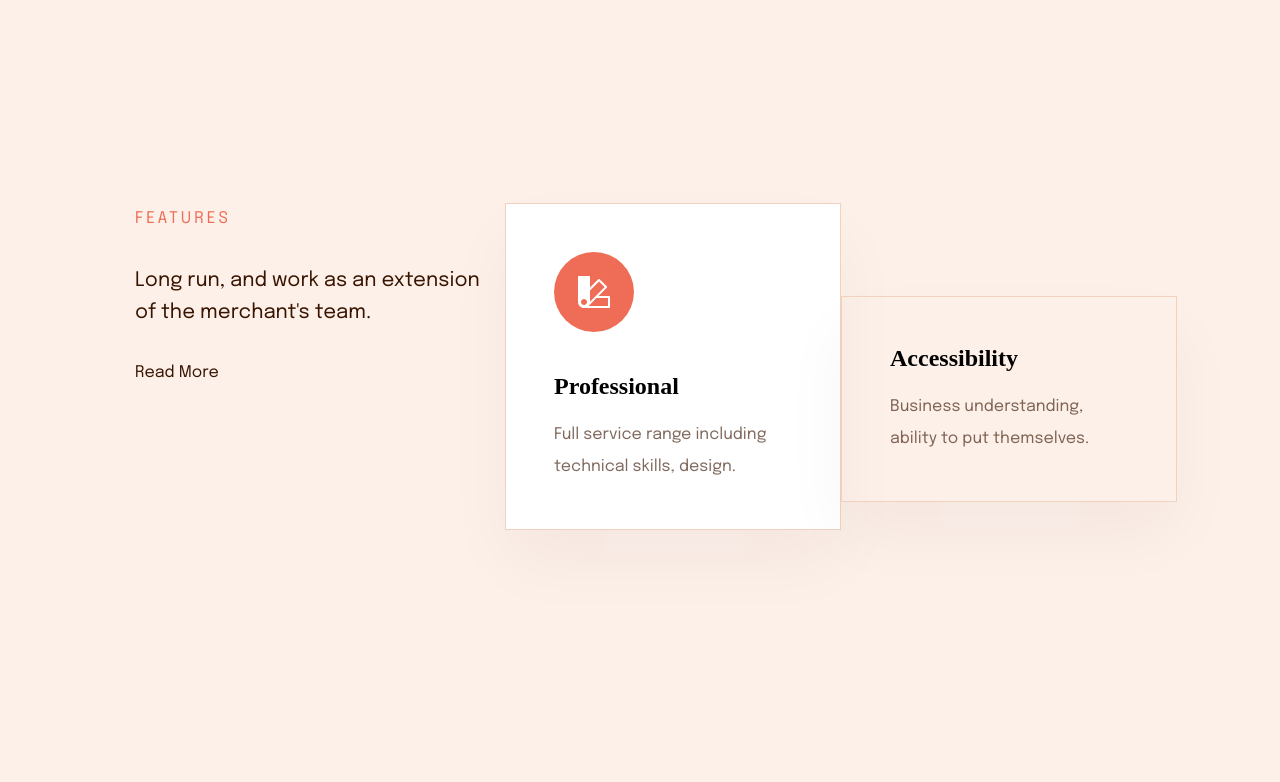
Repository: kubrazamanova/Project-7
Page: index.html
An editor plug-in stored every save of this project. The page is shown before and after a run of saves, followed by the edit.
The browser window is 1280 px wide. The pictures show the whole page.

Above is the page before, as saved 2023-09-23 10:47:35.

After the next 2 saves:
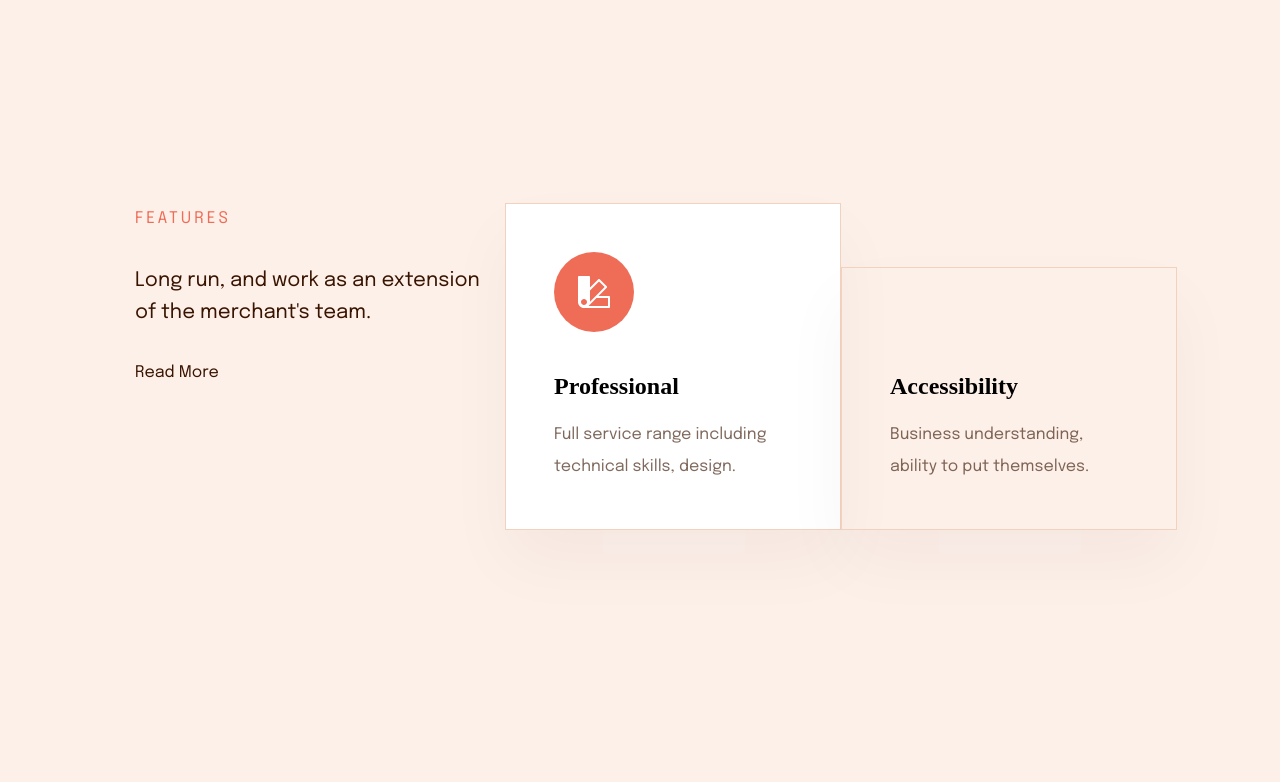
The 2 saves are shown as one change because they came seconds apart.
The last was saved 41 s later.
--- a/index.css
+++ b/index.css
@@ -77,6 +77,7 @@ ul li:first-child {
 }
 ul li:last-child{
   margin-top: 64px;
+  padding-top: 105px;
 }
 /* ul li:nth-child(2){
 
